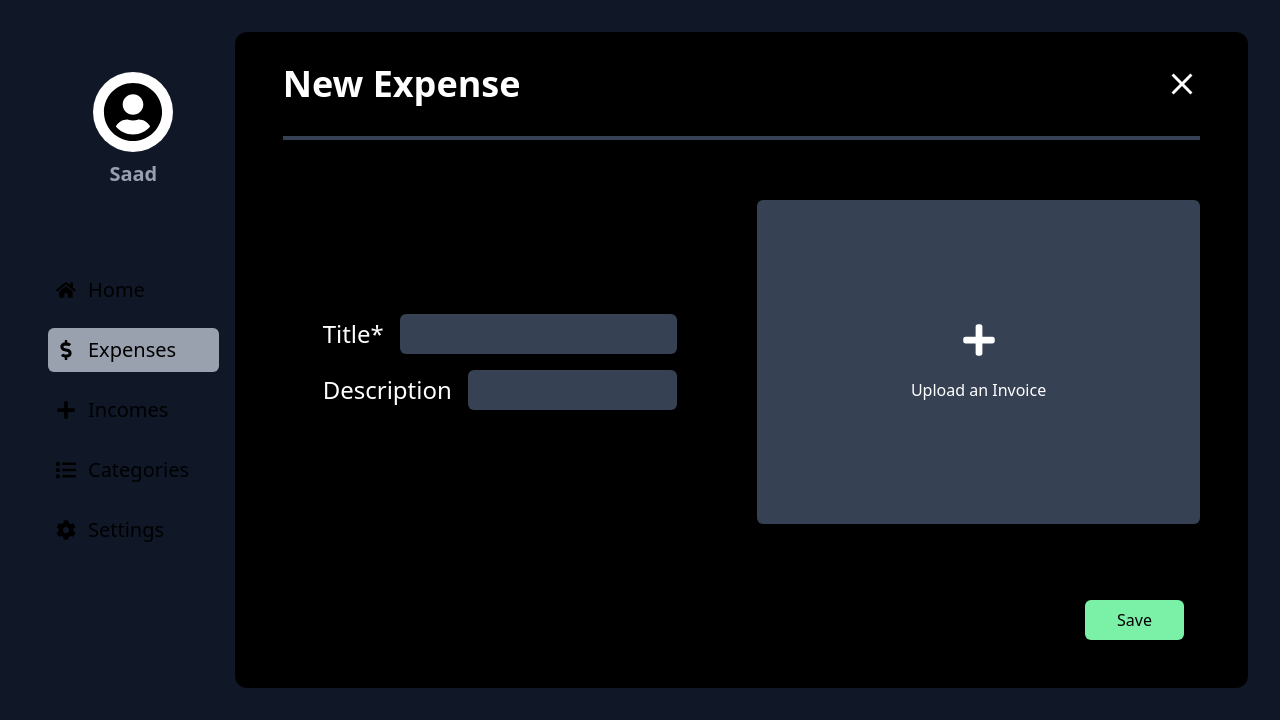
Repository: saad-naveed-brainx/Expense
Page: /expenses
These files come from the project's save history. The page is drawn as it stood at one moment and after the next save; the edit follows.
The browser window is 1280 px wide. The pictures show the whole page.
The project was rebuilt for these pictures with package versions that can differ from the ones it lists, and the page was loaded fresh each time. Also part of the build but not shown: vite.config.js, src/components/LandingPage.jsx, src/components/NotUsed.jsx.

Above is the page before, as saved 2025-09-04 16:57:07.

### index.html
<!doctype html>
<html lang="en">
  <head>
    <meta charset="UTF-8" />
    <link rel="icon" type="image/svg+xml" href="/vite.svg" />
    <link rel="stylesheet" href="/src/index.css" />
    <meta name="viewport" content="width=device-width, initial-scale=1.0" />
    <title>Vite + React</title>
  </head>
  <body>
    <div id="root"></div>
    <script type="module" src="/src/main.jsx"></script>
  </body>
</html>

### src/index.css
@import "tailwindcss";
@variant dark (.dark &);

### src/main.jsx
import { createRoot } from "react-dom/client";
import { Provider } from "react-redux";
import store from "./redux/store.js";
import "./index.css";
import App from "./App.jsx";

createRoot(document.getElementById("root")).render(

    <Provider store={store}>
      <App />
    </Provider>
);

### src/redux/store.js
import {configureStore} from '@reduxjs/toolkit'
import expenseReducer from './ExpenseSlice'
import themeReducer from './ThemeSlics'

export default configureStore({
    reducer: {
        expense: expenseReducer,
        theme: themeReducer,
    },
})

### src/App.jsx

import { Route,createBrowserRouter,createRoutesFromElements,RouterProvider } from 'react-router-dom'
import RootLayout from './components/RootLayout'
import LandingPage from './components/LandingPage'
import Expenses from './components/Expenses'
import NotUsed from './components/NotUsed'

function App() {

  const router = createBrowserRouter(
    createRoutesFromElements(
      <Route path='/' element={<RootLayout />}>
        <Route index element={<LandingPage />} />
        <Route path='/expenses' element={<Expenses />} />
        <Route path='/incomes' element={<NotUsed pageName="Incomes" />} />
        <Route path='/categories' element={<NotUsed pageName="Categories" />} />
        <Route path='/settings' element={<NotUsed pageName="Settings" />} />
      </Route>
    )
  )

  return (
    <RouterProvider router={router} />
  )
}

export default App

### src/redux/ExpenseSlice.js
import {createSlice } from '@reduxjs/toolkit'
import { v4 as uuidv4 } from 'uuid'


const initialState = {
    expenses: [{
        id: uuidv4(),
        amount: 0,
        date: null,
        category: '',
        description: '',
    }],
}


const expenseSlice = createSlice({
    name: 'expenseSlice',
    initialState,
    reducers:{
        addExpense: (state, action) =>{
            const newExpense = {
                id: uuidv4(),
                amount: action.payload.amount,
                date: new Date().toISOString(),
                category: action.payload.category,
                description: action.payload.description,
                title: '',
            }
            state.expenses.push(newExpense)
        },
        deleteExpense: (state, action) =>{
            state.expenses = state.expenses.filter(expense => expense.id !== action.payload.id)
            },
        editExpense: (state, action) =>{
            const index = state.expenses.findIndex(expense => expense.id === action.payload.id)
            if(index !== -1){
                state.expenses[index] = action.payload
            }
        },
    }
})

export const { addExpense, deleteExpense, editExpense } = expenseSlice.actions
export default expenseSlice.reducer

### src/redux/ThemeSlics.js
import { createSlice } from '@reduxjs/toolkit'

const initialState = {
    isDarkMode: localStorage.getItem('isDarkMode')? JSON.parse(localStorage.getItem('isDarkMode')):true,
}

const themeSlice = createSlice({
    name: 'themeSlice',
    initialState,
    reducers: {
        toggleTheme: (state) => {
            state.isDarkMode = !state.isDarkMode;
            localStorage.setItem('isDarkMode', JSON.stringify(state.isDarkMode));
        }
    }
})

export const { toggleTheme } = themeSlice.actions;

export default themeSlice.reducer;

### src/components/RootLayout.jsx
import React from 'react'
import LeftSection from './LeftSection'

import { Outlet } from 'react-router-dom'

export default function RootLayout() {
  return (
    <div className="flex w-full h-screen p-8 bg-gray-900">
      <div className="w-1/6">
        <LeftSection />
      </div>
      <div className="w-5/6"> <Outlet /></div>
    </div>
  );
}

### src/components/Expenses.jsx
import React from 'react'
import { IoMdClose } from "react-icons/io";
import { FaPlus } from "react-icons/fa";
import { useForm } from "react-hook-form"

export default function Expenses() {
  const {
    register,
    handleSubmit,
    watch,
    formState: { errors },
  } = useForm()

  const onSubmit = (data) => console.log(data)


  return (
    <div className='bg-black rounded-xl p-4 h-full flex flex-col py-8 px-12 text-white gap-15'>
      <div className='flex flex-col gap-8'>
      <div className='flex items-center justify-between'>
        <h1 className='text-white text-4xl font-bold'>New Expense</h1>
        <button className='text-white'>
          <IoMdClose className='text-4xl' />
        </button>
      </div>
      {/* horizontal line */}
      <div className='w-full h-1 bg-gray-700'></div>
      </div>

      <div className='flex items-center justify-evenly h-full gap-10'>
        <div className='w-full'>
          <form className='p-10 flex flex-col gap-4' onSubmit={handleSubmit(onSubmit)}>
            <div className='flex gap-4 items-center justify-between'>
              <h1 className='text-2xl'>Title*</h1>
              <input type="text" className='bg-gray-700 rounded-md p-2 w-full' {...register("title", {required:true})} />
            </div>
            <div className='flex gap-4 items-center justify-between'>
              <h1 className='text-2xl'>Description</h1>
              <input type="text" className='bg-gray-700 rounded-md p-2 w-full' {...register("description")} />
            </div>
          </form>
        </div>
        <div className='bg-gray-700 rounded-md p-2 h-full w-full flex flex-col gap-5 items-center justify-center cursor-pointer'>
          <FaPlus className='text-4xl' />
          <h1>Upload an Invoice</h1>
        </div>
      </div>

      <div className='flex items-center justify-end p-4'>
          <button type='submit' className='bg-green-300 rounded-md p-2 text-black px-8 py-2
          '>Save</button>
      </div>
    </div>

  )
}

### src/components/LeftSection.jsx
import React from "react";
import { FaUserCircle } from "react-icons/fa";
import NavCard from "./NavCard";
import { FaHome, FaDollarSign, FaPlus, FaList, FaCog } from "react-icons/fa";

const navJson = [
  {
    path: "/",
    title: "Home",
    icon: FaHome,
  },
  {
    path: "/expenses",
    title: "Expenses",
    icon: FaDollarSign,
  },
  {
    path: "/incomes",
    title: "Incomes",
    icon: FaPlus,
  },
  {
    path: "/categories",
    title: "Categories",
    icon: FaList,
  },
  {
    path: "/settings",
    title: "Settings",
    icon: FaCog,
  },
];

export default function LeftSection() {
  return (
    <div className="flex flex-col items-center justify-center p-4 pt-10 gap-20">
      <div className="flex flex-col items-center justify-center gap-2">
        <div className="rounded-full bg-white w-20 h-20 flex items-center justify-center">
          <FaUserCircle className="text-black text-6xl" />
        </div>
        <div className="text-gray-400 text-xl font-bold">Saad</div>
      </div>
      <div className="flex flex-col items-center justify-center gap-4 w-full">
        {navJson.map((item) => (
          <NavCard
            key={item.title}
            title={item.title}
            path={item.path}
            icon={item.icon}
          />
        ))}
      </div>
    </div>
  );
}

### src/components/NavCard.jsx
import React from "react";
import { NavLink } from "react-router-dom";

export default function NavCard({ title, icon: Icon, path }) {
    return (
        <NavLink
            to={path}
            className={({ isActive }) => `flex items-center justify-start cursor-pointer gap-3 p-2 rounded-md w-full ${isActive ? 'bg-gray-400' : ''}`}
        >
            {({ isActive }) => (
                <>
                    <Icon className={`text-black text-xl dark:text-white`} />
                    <h1 className={`text-black text-xl dark:text-white`}>{title}</h1>
                </>
            )}
        </NavLink>
    )
}

After the next save:
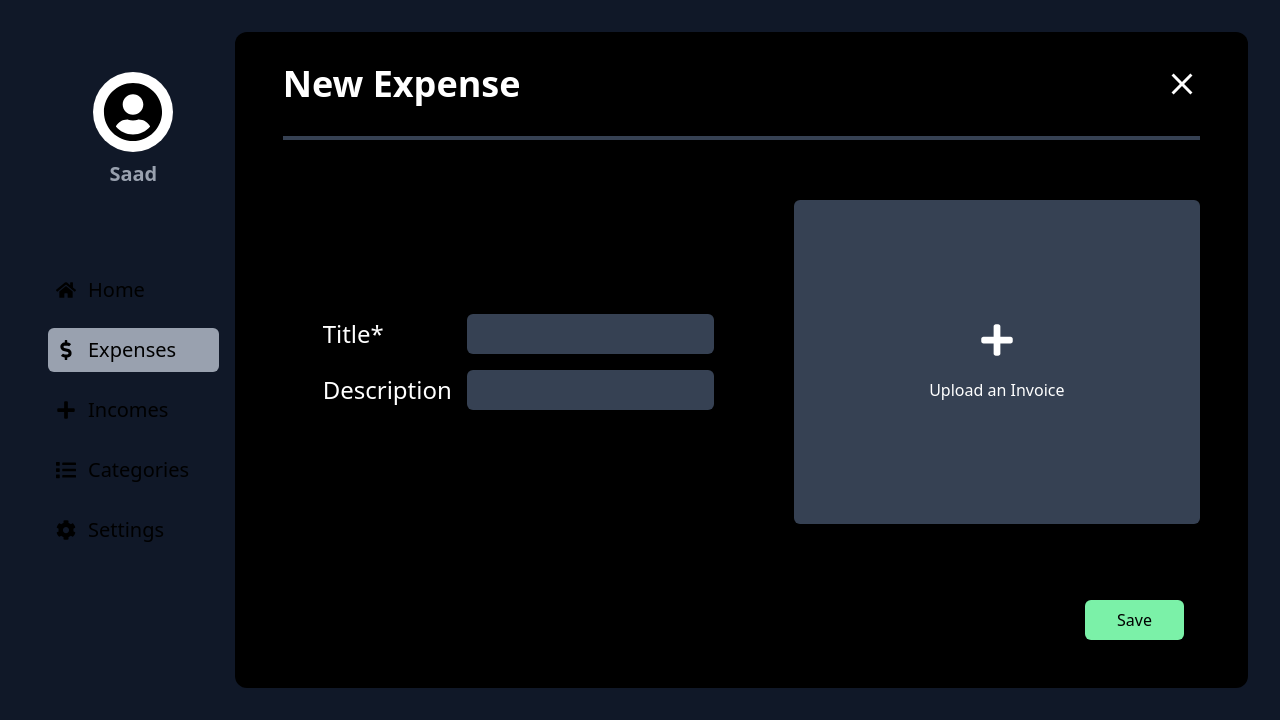
Saved 85 s later.
--- a/src/components/Expenses.jsx
+++ b/src/components/Expenses.jsx
@@ -30,13 +30,13 @@ export default function Expenses() {
       <div className='flex items-center justify-evenly h-full gap-10'>
         <div className='w-full'>
           <form className='p-10 flex flex-col gap-4' onSubmit={handleSubmit(onSubmit)}>
-            <div className='flex gap-4 items-center justify-between'>
-              <h1 className='text-2xl'>Title*</h1>
-              <input type="text" className='bg-gray-700 rounded-md p-2 w-full' {...register("title", {required:true})} />
+            <div className='flex gap-4 items-center'>
+              <h1 className='text-2xl w-32 shrink-0'>Title*</h1>
+              <input type="text" className='bg-gray-700 rounded-md p-2 flex-1 min-w-0' {...register("title", {required:true})} />
             </div>
-            <div className='flex gap-4 items-center justify-between'>
-              <h1 className='text-2xl'>Description</h1>
-              <input type="text" className='bg-gray-700 rounded-md p-2 w-full' {...register("description")} />
+            <div className='flex gap-4 items-center'>
+              <h1 className='text-2xl w-32 shrink-0'>Description</h1>
+              <input type="text" className='bg-gray-700 rounded-md p-2 flex-1 min-w-0' {...register("description")} />
             </div>
           </form>
         </div>
